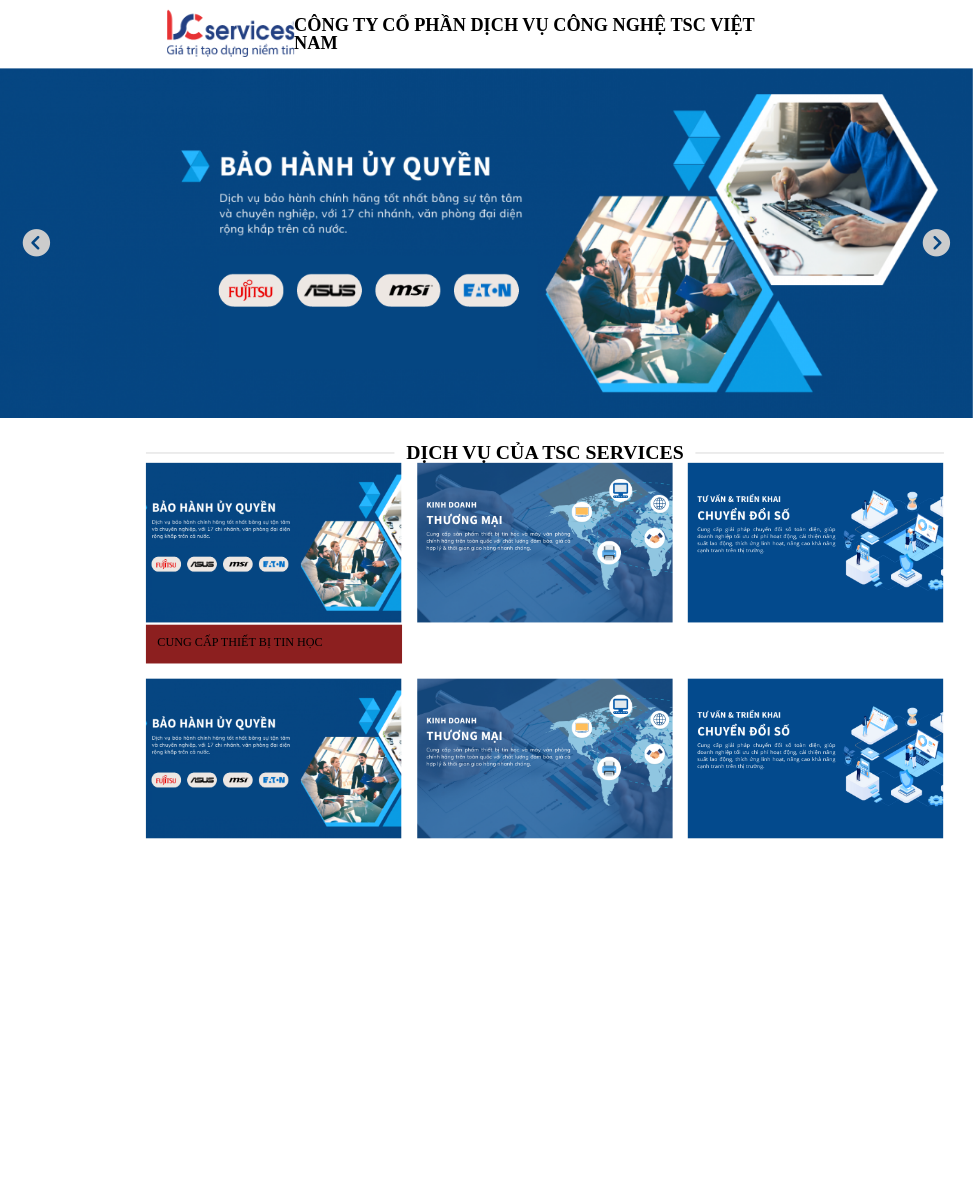
Repository: nguyentrongdai34/tsc-project
Page: index.html
An editor plug-in stored every save of this project. The page is shown before and after the next save, followed by the edit.
The browser window is 1280 px wide. The pictures show the whole page, at 76% of full size.

Above is the page before, as saved 2024-12-03 13:00:41.

### index.html
<!DOCTYPE html>
<html lang="en">
  <head>
    <meta charset="UTF-8" />
    <meta name="viewport" content="width=device-width, initial-scale=1.0" />
    <link rel="preconnect" href="https://fonts.googleapis.com" />
    <link rel="preconnect" href="https://fonts.gstatic.com" crossorigin />
    <link
      href="https://fonts.googleapis.com/css2?family=Poppins:wght@300;400;500;600;700&family=Roboto:ital,wght@0,100;0,300;0,400;0,500;0,700;0,900;1,100;1,300;1,400;1,500;1,700;1,900&display=swap"
      rel="stylesheet"
    />
    <link
      rel="stylesheet"
      href="https://cdnjs.cloudflare.com/ajax/libs/font-awesome/6.7.1/css/all.min.css"
      integrity="sha512-5Hs3dF2AEPkpNAR7UiOHba+lRSJNeM2ECkwxUIxC1Q/FLycGTbNapWXB4tP889k5T5Ju8fs4b1P5z/iB4nMfSQ=="
      crossorigin="anonymous"
      referrerpolicy="no-referrer"
    />
    <link rel="stylesheet" href="./reset.css" />
    <link rel="stylesheet" href="./style.css" />
    <title>CÔNG TY CỔ PHẦN DỊCH VỤ CÔNG NGHỆ TSC VIỆT NAM</title>
  </head>
  <body>
    <!-- heaer-main -->
    <div class="header-main">
      <!-- header -->
      <div class="header">
        <!-- logo -->
        <div class="header-logo">
          <img src="./img/Logo-tsc.png" alt="công ty logo" />
        </div>
        <!-- header-slogan -->
        <span class="header-slogan">
          <strong>CÔNG TY CỔ PHẦN DỊCH VỤ CÔNG NGHỆ TSC VIỆT NAM</strong>
        </span>
      </div>
    </div>

    <!-- Hero -->
    <div class="hero">
      <div class="hero-img">
        <img src="./img/tsc1.png" alt="" class="slider-image" />

        <div class="hero-circle">
          <i
            class="circle-left fa-solid fa-circle-chevron-left"
            onclick="prev()"
          ></i>
          <i
            class="circle-right fa-solid fa-circle-chevron-right"
            onclick="next()"
          ></i>
        </div>
      </div>
    </div>

    <!-- Section -->
    <div class="section" style="height: 1000px">
      <div class="section-container">
        <h2 class="section-title">
          <b></b>
          <span class="section-title-main">DỊCH VỤ CỦA TSC SERVICES</span>
          <b></b>
        </h2>
      </div>
      <div class="row">
        <div class="section-gird">
          <div class="grid-item">
            <img src="./img/tsc1.png" alt="Image 1" />
            <div class="section-box">
              <span class="box-item-inner">CUNG CẤP THIẾT BỊ TIN HỌC</span>
            </div>
          </div>

          <div class="grid-item">
            <img src="./img/tsc2.png" alt="Image 2" />
          </div>
          <div class="grid-item">
            <img src="./img/tsc3.png" alt="Image 3" />
          </div>
          <div class="grid-item">
            <img src="./img/tsc1.png" alt="Image 4" />
          </div>
          <div class="grid-item">
            <img src="./img/tsc2.png" alt="Image 5" />
          </div>
          <div class="grid-item">
            <img src="./img/tsc3.png" alt="Image 6" />
          </div>
        </div>
      </div>
    </div>

    <script src="./SliderImage.js"></script>
  </body>
</html>

### style.css
.header-main {
  display: flex;
  height: 90px;
}

.header {
  display: flex;
  /* background-color: #ccc; */
  justify-content: space-between;
  flex-direction: column;
  align-items: center;
  width: 100%;
  flex-flow: row nowrap;
  padding-right: 15px;
}

.header-logo img {
  object-fit: cover;
  margin-left: 220px;
  width: 167px;
  height: 62px;
}

.header-slogan {
  margin-right: 220px;
  font-size: 24px;
}

.header-slogan strong {
  text-direction: none;
  font-weight: bolder;
  text-transform: uppercase;
}

/* hero */

.hero {
  cursor: pointer;
  padding: 0 0 30px 0;
}

.hero-img img {
  width: 100%;
  height: 460px;
  position: relative;
  object-fit: cover;
}

.hero-circle {
  top: 42%;
  position: absolute;
}

.hero-circle i {
  color: #ccc;
  font-size: 36px;
}

.hero-circle i:hover {
  transition: color 0.3s ease, background-color 0.3s ease;
  color: #dd3333;
}

.hero-circle {
  width: 100%;
  display: flex;
  justify-content: space-between;
  z-index: 999;
}

.circle-left {
  margin-left: 30px;
}

.circle-right {
  margin-right: 30px;
  width: 36px;
  height: 36px;
}

/* section */
.section {
  width: 1050px;
  margin-left: 15%;
}

.section-title {
  position: relative;
  display: flex;
  flex-flow: row wrap;
  align-items: center;
  justify-content: space-between;
  width: 100%;
}

.section-title b {
  display: block;
  -ms-flex: 1;
  flex: 1;
  height: 2px;
  opacity: 0.1;
  background-color: currentColor;
}

.section-title-main {
  margin: 0 15px;
  font-size: 26px;
  text-transform: uppercase;
  font-weight: 700;
}

.row {
}

.section-gird {
  display: grid;
  grid-template-columns: repeat(3, 1fr);
  gap: 20px;
  grid-template-rows: auto auto;
}

.grid-item img {
  width: 336px; /* Làm cho ảnh rộng bằng 100% chiều rộng của ô chứa */
  height: 210px; /* Giữ tỉ lệ ảnh */
  object-fit: cover;
  max-width: 100%; /* Đảm bảo ảnh không vượt quá kích thước của ô */
}

.btn {
  margin-top: 10px; /* Khoảng cách giữa ảnh và button */
  padding: 10px 20px;
  background-color: #c42e2b;
  color: white;
  border: none;
  cursor: pointer;
  font-size: 16px;
  text-transform: uppercase;
  border-radius: 5px;
  transition: background-color 0.3s;
}

.btn:hover {
  background-color: #a02626;
}

.section-box {
  background-color: rgb(140, 31, 31);
  padding: 15px 15px 20px;
}

.box-item-inner h4 {
  margin-left: auto;
  margin-right: auto;
  font-weight: 700;
}

### SliderImage.js
let Slider_image = document.querySelector(".slider-image");
let images = ["tsc1.png", "tsc2.png", "tsc3.png", "tsc4.png", "tsc5.png"];
let i = 0; // Giá Trị bắt đầu index

function prev() {
  if (i <= 0) i = images.length;
  i--;
  return setImg();
}

function next() {
  if (i >= images.length - 1) i = -1;
  i++;
  return setImg();
}

function setImg() {
  return Slider_image.setAttribute("src", "./img/" + images[i]);
}

Loaded but not shown: reset.css (common file)

After the next save:
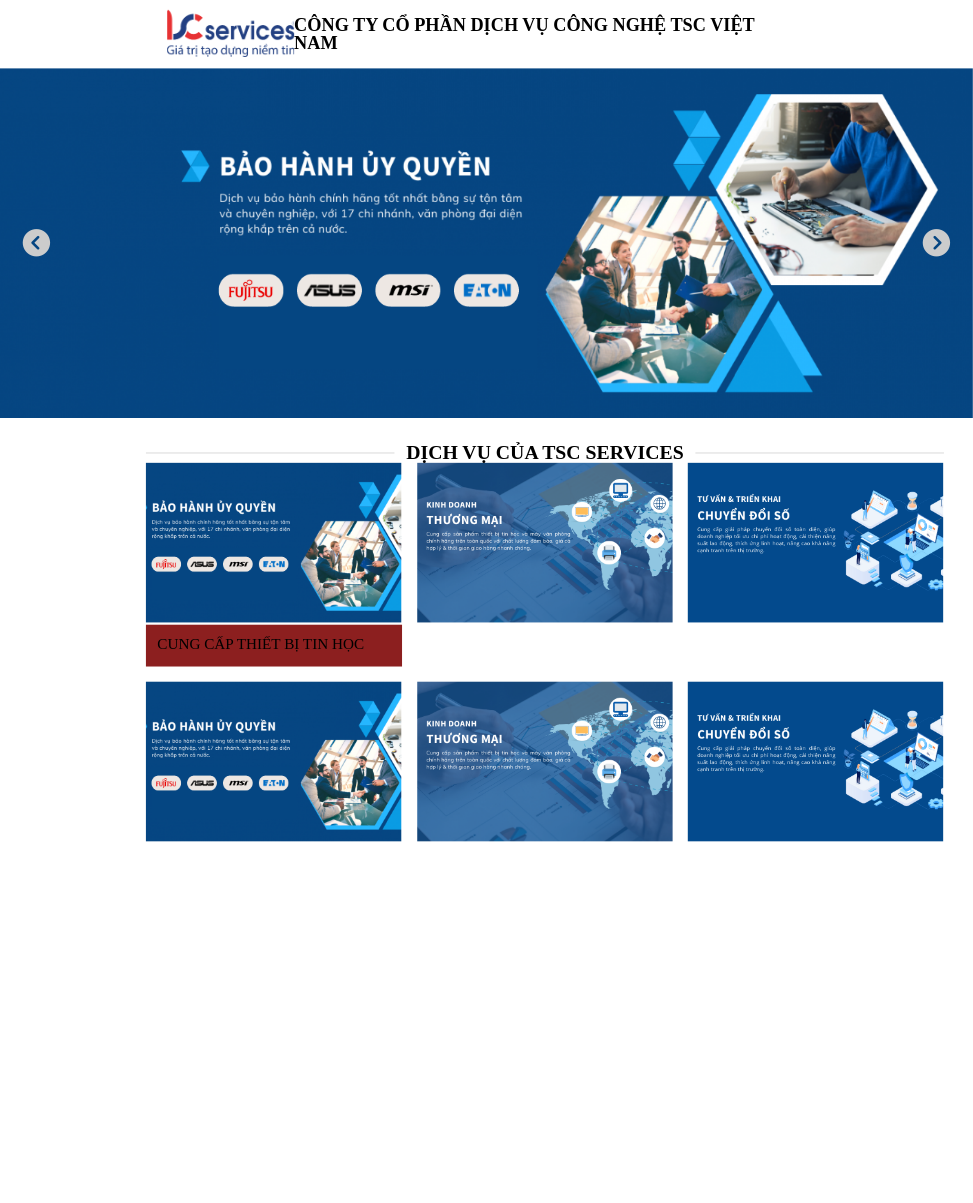
Saved 21 s later.
--- a/style.css
+++ b/style.css
@@ -148,8 +148,6 @@
   padding: 15px 15px 20px;
 }
 
-.box-item-inner h4 {
-  margin-left: auto;
-  margin-right: auto;
-  font-weight: 700;
+.box-item-inner {
+  font-size: 20px;
 }
